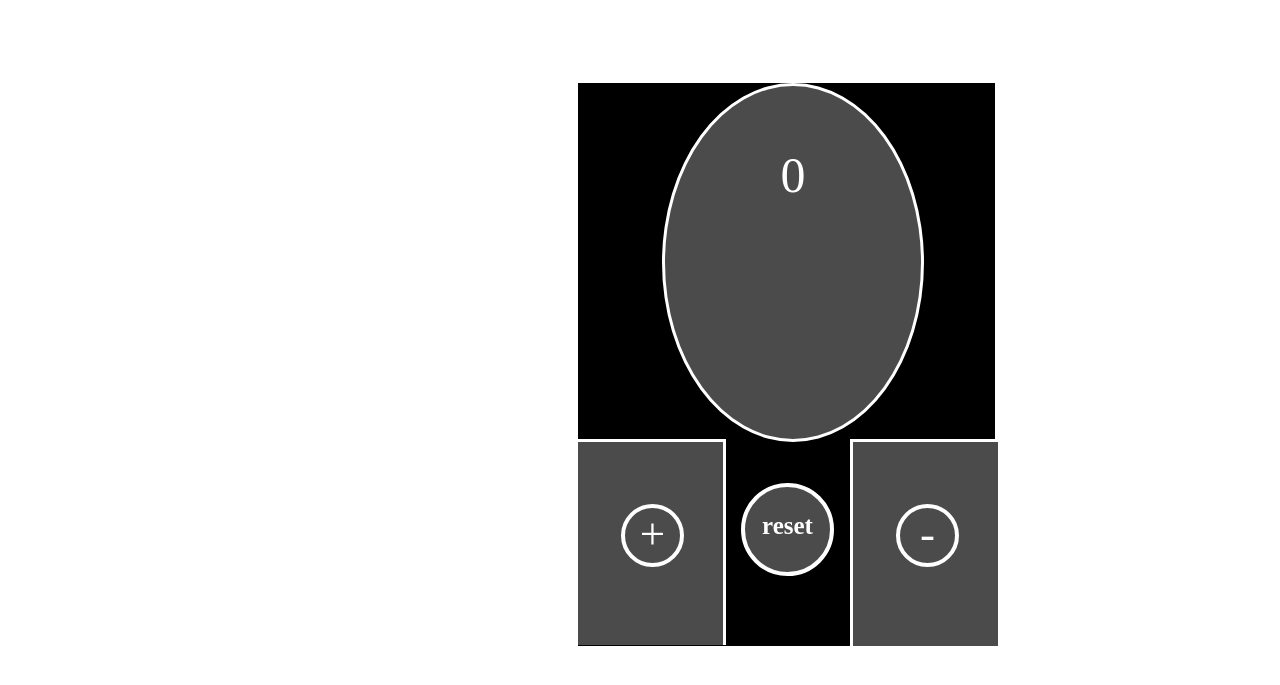
Repository: sara55m/Counter_App
Page: index.html
An editor plug-in stored every save of this project. The page is shown before and after the next save, followed by the edit.
The browser window is 1280 px wide. The pictures show the whole page.

Above is the page before, as saved 2024-08-01 03:39:43.

After the next save:
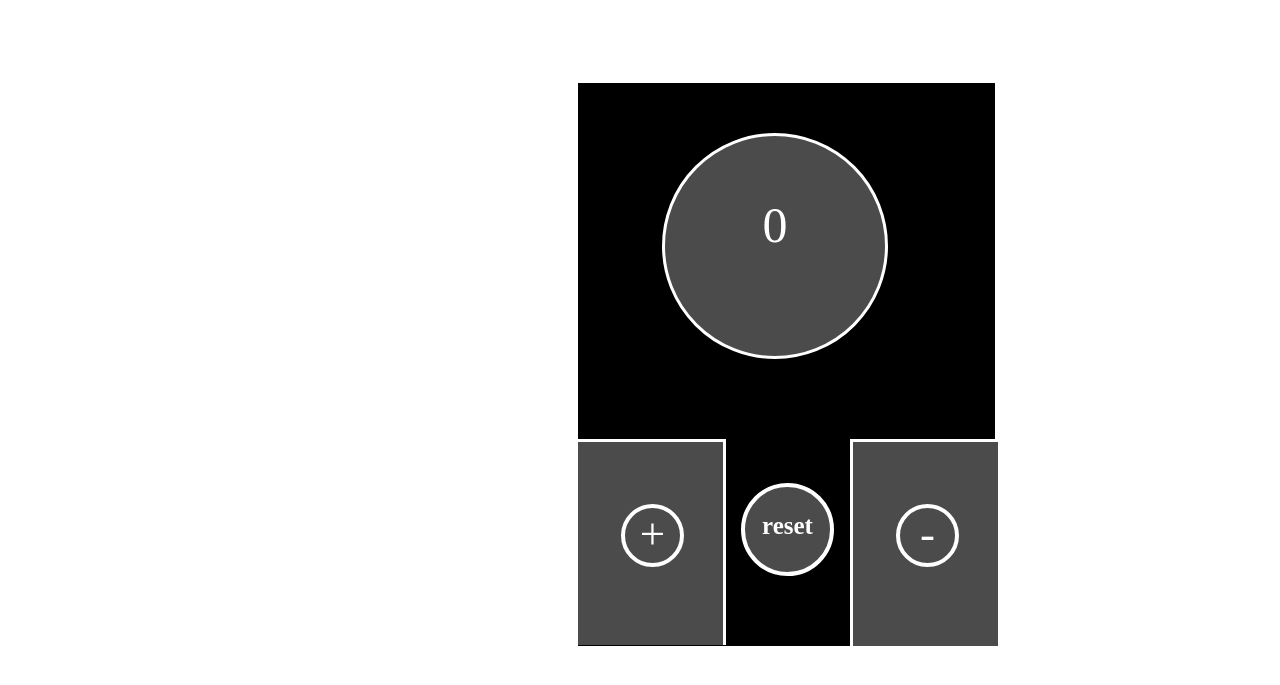
Saved 102 s later.
--- a/css/style.css
+++ b/css/style.css
@@ -14,10 +14,10 @@ p.one{
 
 .main{
     position:absolute;
-    top:0px;
+    top:50px;
     left:84px;
-    height:333px;
-    width:236px;
+    height:200px;
+    width:200px;
     border:3px solid white;
     background-color:#4b4b4b;
     text-align: center;
